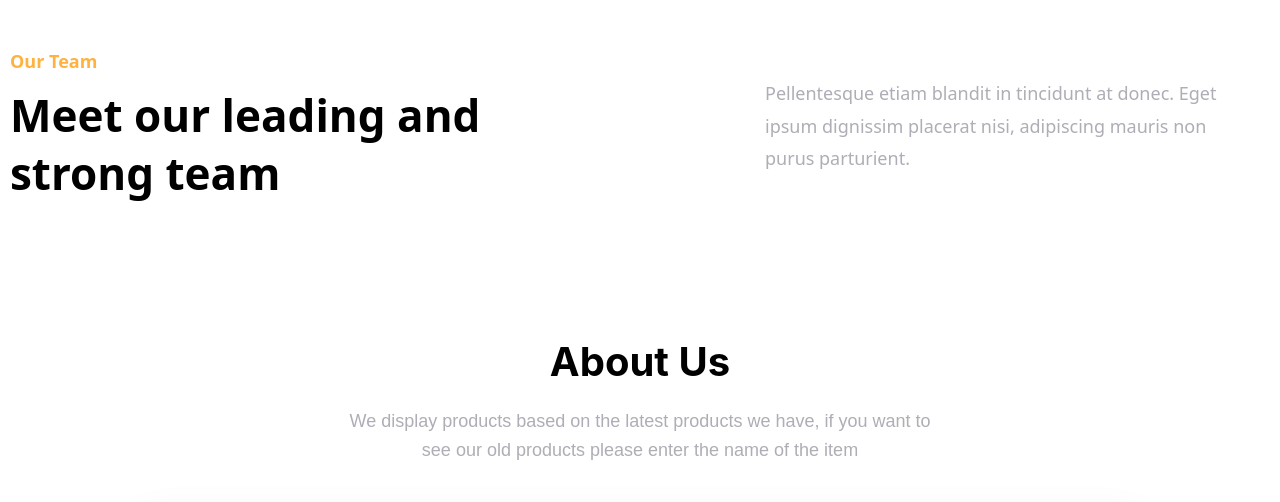
Repository: archis-academy/december-frontend-lalasia-2025
Page: /AboutUs
These files come from the project's save history. The page is drawn as it stood at one moment and after the next save; the edit follows.
The browser window is 1280 px wide. The pictures show the part of the page from y = 0 to 502 px (the page is 1587 px tall).
Pictures or frames that could not be fetched are drawn as grey boxes. The page's requests for data from a server got no answer. Some web fonts or font styles are not loaded; a fallback is used. The project was rebuilt for these pictures with package versions that can differ from the ones it lists, and the page was loaded fresh each time. No one was signed in, and anything a server would have sent is missing. Also part of the build but not shown: vite.config.ts, src/components/welcome/benefits.scss, src/components/welcome/benefitsd.tsx, src/components/Article/Article.module.scss, src/components/Article/ArticleCard.module.scss, src/components/CustomButton/CustomButton.tsx, src/components/Arrow/Arrow.tsx, src/components/Article/ArticleCard.tsx and 19 more.

Above is the page before, as saved 2026-02-04 20:46:57.

### index.html
<!doctype html>
<html lang="en">
  <head>
    <meta charset="UTF-8" />
    <meta name="viewport" content="width=device-width, initial-scale=1.0" />
    <title>Lalasia</title>
    <meta name="description" content="React at Archis" />

    <!-- favicons -->
    <link rel="icon" href="/archis-logo.svg" />


    <!-- Fonts  -->
     <link rel="stylesheet" href="https://stijndv.com/fonts/Eudoxus-Sans.css">
    <!-- Open Graph Meta Tags -->
    <!-- Twitter Meta Tags -->
  </head>
  <body>
    <div id="root"></div>
    <script type="module" src="/src/main.tsx"></script>
  </body>
</html>

### src/main.tsx
import { StrictMode } from "react";
import { createRoot } from "react-dom/client";
import { BrowserRouter, Route, Routes } from "react-router";
import Home from "@pages/home/home";
import "./styles/_reset.scss";
import "@src/main.scss";
import AboutUs from "./pages/AboutUs/AboutUs";
import Article from "./pages/Article/Article";
import Error from "./pages/Error/Error";
import Login from "./pages/Login/Login";
import Products from "./pages/Product/Products";
import ProductDetail from "./pages/ProductDetails/ProductDetail";
import Services from "./pages/Services/Services";
import SignUp from "./pages/SignUp/SignUp";
import MainLayout from "./layouts/MainLayout/MainLayout";
import ArticleDetail from "./pages/ArticleDetail/ArticleDetail";
import AuthLayout from "./layouts/AuthLayout/AuthLayout";



createRoot(document.getElementById("root")!).render(
  <StrictMode>
    <BrowserRouter>
      <Routes>

        {/* MainLayout begin */}
        <Route path="/" element={<MainLayout />}>

          <Route index element={<Home />} />
          <Route path="products" element={<Products />} />
          <Route path="products/:id" element={<ProductDetail />} />
          <Route path="services" element={<Services />} />
          <Route path="articles" element={<Article />} />
          <Route path="articles/:id" element={<ArticleDetail />} />
          <Route path="/AboutUs" element={<AboutUs />} />


        </Route>
        {/* MainLayout end */}

        {/* AuthLayout begin */}
        <Route path="/auth" element={<AuthLayout />}>

          <Route index path="login" element={<Login />} />
          <Route path="signup" element={<SignUp />} />

        </Route>
        {/* Authlayout end */}

        {/* 404 Not Found */}
        <Route path="/*" element={<Error />} />
      </Routes>
    </BrowserRouter>
  </StrictMode>,
);

### src/styles/_reset.scss
@use './variables' as *;

*,
*::before,
*::after {
  margin: 0;
  padding: 0;
  box-sizing: border-box;
}

@media (prefers-reduced-motion: no-preference) {
  html {
    interpolate-size: allow-keywords;
  }
}

body {
  line-height: 1.5;
  font-family: $font-primary, sans-serif;
  -webkit-font-smoothing: antialiased;
}

img,
picture,
video,
canvas,
svg {
  display: block;
  max-width: 100%;
}

input,
button,
textarea,
select {
  font: inherit;
}

p,
h1,
h2,
h3,
h4,
h5,
h6 {
  overflow-wrap: break-word;
}

p {
  text-wrap: pretty;
}

#root,
#__next {
  isolation: isolate;
}

### src/main.scss
@use './styles/index' as *;

### src/pages/AboutUs/AboutUs.tsx
import HeroSection from "@/components/HeroSection/HeroSection";
import TeamSection from "@/components/TeamSection/TeamSection";

const AboutUs = () => {
  return (
    <div>
      <TeamSection />
      <HeroSection/>
    </div>
  );
};

export default AboutUs;

### src/layouts/MainLayout/MainLayout.tsx
import { Outlet } from "react-router";
import styles from "./MainLayout.module.scss";
import Footer from "@/components/Footer/Footer";

export default function MainLayout() {
  return (
    <div className={styles.mainlayout}>
      <main><Outlet /></main>
      <Footer />
    </div>
  )
}

### src/components/Footer/Footer.tsx
import React from 'react';
import './Footer.scss';

const Footer: React.FC = () => {
  const handleNavigation = () => {
    window.open('https://www.google.com', '_blank');
  };

  return (
    <footer className="footer-wrapper">
      <div className="footer-container">


        <div className="footer-cta">
          <h2 className="cta-text">Join with me to get special discount</h2>
          <button
            className="cta-btn"
            onClick={handleNavigation}
            type="button"
          >
            Learn More <span className="arrow">→</span>
          </button>
        </div>

        <hr className="footer-line" />


        <div className="footer-main">


          <div className="footer-brand">
            <div className="brand-logo">
              <img
                src="/icons/Frame.svg"
                alt="Lalasia Logo"
                className="logo-img"
              />
              <span className="logo-text">Lalasia</span>
            </div>
            <p className="brand-desc">
              Lalasia is digital agency that help you make better experience iaculis cras in.
            </p>
          </div>


          <div className="footer-links-group">
            <div className="link-col">
              <h4>Product</h4>
              <a href="#new">New Arrivals</a>
              <a href="#best">Best Selling</a>
              <a href="#home">Home Decor</a>
              <a href="#kitchen">Kitchen Set</a>
            </div>
            <div className="link-col">
              <h4>Services</h4>
              <a href="#catalog">Catalog</a>
              <a href="#blog">Blog</a>
              <a href="#faq">FaQ</a>
              <a href="#pricing">Pricing</a>
            </div>
            <div className="link-col">
              <h4>Follow Us</h4>
              <a href="#fb">Facebook</a>
              <a href="#ig">Instagram</a>
              <a href="#tw">Twitter</a>
            </div>
          </div>
        </div>

      </div>
    </footer>
  );
};

export default Footer;

### src/styles/_variables.scss
@use "@styles/_functions.scss" as *;

/*
 * Colors
 */
$white: #ffffff;
$black: #000000;
$paragraph-color: #AFADB5;
$text-color: #151411;
$main-color: #518581;
$secondary-color: #FFB23F;

/*
 * Typography
 */

// Font family
$font-primary: 'Eudoxus Sans', system-ui, -apple-system, sans-serif;

// Base font size
$font-base: pxToRem(16);

// Font weights
$fw-regular: 400;
$fw-medium: 500;
$fw-bold: 700;

/* Headings / H1 - Bold - 64 */
$h1-size: pxToRem(64);
$h1-weight: $fw-bold;
$h1-line-height: 1.1;

/* Headings / H3+ - Bold - 26 */
$h3plus-size: pxToRem(26);
$h3plus-weight: $fw-bold;
$h3plus-line-height: 1.3;

/* Heading / H5 - Bold - 18 */
$h5-size: pxToRem(18);
$h5-weight: $fw-bold;
$h5-line-height: 1.4;

/* Paragraph / P3 - Medium - 18 */
$p3-size: pxToRem(18);
$p3-weight: $fw-medium;
$p3-line-height: 1.6;

/*
 * Breakpoints
 */
$desktop-xxl: pxToRem(1920);
$desktop-xl: pxToRem(1600);
$desktop-l: pxToRem(1440);
$desktop-m: pxToRem(1200);
$desktop-s: pxToRem(1024);
$tablet-l: pxToRem(992);
$tablet-m: pxToRem(768);
$tablet-s: pxToRem(640);
$mobile-l: pxToRem(576);
$mobile-m: pxToRem(480);
$mobile-s: pxToRem(320);


/* container max width */
$container-max-width: 1240px;

### src/styles/_functions.scss
@use "sass:math";

@function pxToRem($size) {
  @return #{math.div($size, 16)}rem;
}

### src/styles/index.scss
@forward './variables';
@forward './mixins';
@forward './functions';
@forward './reset';

### src/styles/_mixins.scss
@mixin max($screen) {
  @media screen and (max-width: $screen) {
    @content;
  }
}

@mixin min($screen) {
  @media screen and (min-width: $screen) {
    @content;
  }
}



/* Headings */

// @mixin h1 {
//   font-family: $font-primary;
//   font-size: $h1-size;
//   font-weight: $h1-weight;
//   line-height: $h1-line-height;
// }

// @mixin h3plus {
//   font-family: $font-primary;
//   font-size: $h3plus-size;
//   font-weight: $h3plus-weight;
//   line-height: $h3plus-line-height;
// }

// @mixin h5 {
//   font-family: $font-primary;
//   font-size: $h5-size;
//   font-weight: $h5-weight;
//   line-height: $h5-line-height;
// }

// /* Paragraphs */

// @mixin p3 {
//   font-family: $font-primary;
//   font-size: $p3-size;
//   font-weight: $p3-weight;
//   line-height: $p3-line-height;
// }

### src/components/HeroSection/HeroSection.tsx
import React, { useState } from 'react';
import './HeroSection.scss';

const AboutSection: React.FC = () => {
  const [isPlaying, setIsPlaying] = useState<boolean>(false);

  const toggleVideo = () => {
    setIsPlaying(!isPlaying);
  };

  return (
    <section className="about-section">
      <div className="container">
        <header className="about-header">
          <h2 className="title">About Us</h2>
          <p className="description">
            We display products based on the latest products we have, if you want
            to see our old products please enter the name of the item
          </p>
        </header>

        <div className="video-wrapper">
          <div className="video-container">
            {/* Arka plan görseli veya Video elementi buraya gelecek */}
            <img
              src="https://images.unsplash.com/photo-1522202176988-66273c2fd55f?auto=format&fit=crop&w=1200&q=80"
              alt="Team working"
              className="video-poster"
            />

            <button className={`play-button ${isPlaying ? 'playing' : ''}`} onClick={toggleVideo}>
              <div className="play-icon"></div>
            </button>

            <div className="video-controls">
              <span className="time">01:40</span>
              <div className="progress-bar">
                <div className="progress-filled" style={{ width: '40%' }}></div>
              </div>
              <span className="time">03:52</span>
            </div>
          </div>
        </div>
      </div>
    </section>
  );
};

export default AboutSection;

### src/components/TeamSection/TeamSection.tsx
import { useData } from "@/hooks/useData";
import style from "./TeamSection.module.scss";
import type { Product, Team } from "@/types/types";

const TeamSection = () => {
  const { data, isLoading, error } = useData<Team[]>({ endpoint: "team" });
  if (isLoading) {
  }
  if (error) {
  }
  return (
    <div className={style.teamSection}>
      <div className={style.teamSection__header}>
        <div className={style.teamSection__header__title}>
          <p className={style.teamSection__header__title__text}>Our Team</p>
          <h1 className={style.teamSection__header__title__h1}>
            Meet our leading and strong team
          </h1>
        </div>
        <div className={style.teamSection__header__desc}>
          <p className={style.teamSection__header__desc__p}>
            Pellentesque etiam blandit in tincidunt at donec. Eget ipsum
            dignissim placerat nisi, adipiscing mauris non purus parturient.
          </p>
        </div>
      </div>
      <div className={style.teamSection__members}>
        <div className={style.teamSection__members__list}>
          {data?.map((x) => (
            <div
              className={style.teamSection__members__list__member}
              key={x.id}
            >
              <img
                className={style.teamSection__members__list__img}
                src={x.image}
                alt=""
              />
              <div className={style.teamSection__members__list__info}>
                <h3 className={style.teamSection__members__list__name}>
                  {x.fullName}
                </h3>
                <p className={style.teamSection__members__list__job}>{x.job}</p>
              </div>
            </div>
          ))}
        </div>
      </div>
    </div>
  );
};

export default TeamSection;

### src/hooks/useData.ts
import { fetcher } from "@/utils/helpers";
import useSWR from "swr";

type useDataProps = {
  endpoint: string;
}

type useDataReturn<T> = {
  data: T | null;
  isLoading: boolean;
  error: string | null;
}


export const useData = <T>({ endpoint }: useDataProps): useDataReturn<T> => {

  const { data, isLoading, error } = useSWR(endpoint, fetcher);

  return { data: data, isLoading: isLoading, error: error };
}

### src/layouts/MainLayout/MainLayout.module.scss
.mainlayout {
    max-width: 1440px;
    width: 100%;
    margin: 0 auto;
    display: flex;
    flex-direction: column;
    // overflow: auto;

    header {
        width: 100%;
        height: 120px;
    }

    main {
        flex: 1;
        width: 100%;
    }

    footer {
        width: 100%;
        height: 290px;
    }
}

### src/components/Footer/Footer.scss

@use "@styles/_variables.scss" as *;

.footer-wrapper {
  width: 100%;
  padding: 80px 0;
  background: #fff;
  display: flex;
  justify-content: center;

  .footer-container {
    width: 90%;
    max-width: 1100px;

    .footer-cta {
      display: flex;
      justify-content: space-between;
      align-items: center;
      margin-bottom: 40px;

      .cta-text {
        font-size: 44px;
        font-family: sans-serif;
        font-weight: 700;
        color: $black;
        margin: 0;
        flex: 1;
      }

      .cta-btn {
        flex-shrink: 0;
        background: $main-color;
        color: #fff;
        border: none;
        padding: 16px 32px;
        font-size: 16px;
        font-weight: 500;
        cursor: pointer;
        display: flex;
        align-items: center;
        gap: 12px;
        transition: transform 0.2s, background 0.2s;

        &:hover {
          background: $main-color;
        }

        &:active {
          transform: scale(0.95);
        }
      }
    }

    .footer-line {
      border: 0;
      border-top: 1px solid #EAEAEA;
      margin-bottom: 50px;
    }

    .footer-main {
      display: flex;
      justify-content: space-between;

      .footer-brand {
        max-width: 300px;

        .brand-logo {
          display: flex;
          align-items: center;
          gap: 12px;
          margin-bottom: 20px;

          .logo-img {
            height: 28px;
            width: auto;
            object-fit: contain;
          }

          .logo-text {
            font-size: 24px;
            font-weight: 700;
            color: $black;
            font-family: sans-serif;
          }
        }

        .brand-desc {
          color: $black;
          line-height: 1.7;
          font-size: 15px;
        }
      }

      .footer-links-group {
        display: flex;
        gap: 60px;

        .link-col {
          h4 {
            font-size: 20px;
            font-weight: 700;
            margin-bottom: 20px;
            color: $black;
            font-family: sans-serif;
          }
          a {
            display: block;
            text-decoration: none;
            color: $black;
            font-family: sans-serif;
            margin-bottom: 12px;
            font-weight: 500;
            font-size: 18px;
            &:hover { color: $main-color; }
          }
        }
      }
    }
  }
}
@media (max-width: 1024px) {
  .footer-wrapper .footer-container {
    .footer-main {
      .footer-links-group {
        gap: 40px;
      }
    }
  }
}


@media (max-width: 768px) {
  .footer-wrapper {
    padding: 40px 0;

    .footer-container {
      .footer-cta {
        flex-direction: column;
        align-items: flex-start;
        text-align: left;

        .cta-text { font-size: 28px; }

      }

      .footer-line { margin-bottom: 40px; }

      .footer-main {
        flex-direction: column;
        gap: 40px;

        .footer-brand { max-width: 100%; }

        .footer-links-group {
          justify-content: flex-start;
          flex-wrap: wrap;
          gap: 30px;

          .link-col {
            min-width: 140px;
          }
        }
      }
    }
  }
}


@media (max-width: 480px) {
  .footer-wrapper .footer-container .footer-main .footer-links-group {
    display: grid;
    grid-template-columns: 1fr 1fr;
    gap: 20px;
  }
}

### src/components/HeroSection/HeroSection.scss

@use "/src/styles/variables" as *;

.about-section {
  padding: 80px 20px;
  font-family: 'Inter', sans-serif;
  text-align: center;

  .container {
    max-width: 1000px;
    margin: 0 auto;
  }

  .about-header {
    margin-bottom: 50px;

    .title {
      font-size: 2.5rem;
      font-weight: 700;
      color: black;
      margin-bottom: 15px;
    }

    .description {
        font-family: sans-serif;
      font-size: 18px;
      font-weight: 500;
    color: $paragraph-color;
      max-width: 600px;
      margin: 0 auto;
      line-height: 1.6;
    }
  }

  .video-wrapper {
    position: relative;
    border-radius: 12px;
    overflow: hidden;
    box-shadow: 0 20px 40px rgba(0,0,0,0.1);

    .video-container {
      position: relative;
      aspect-ratio: 16 / 9; // Modern responsive oran
      background: #000;
      display: flex;
      align-items: center;
      justify-content: center;

      .video-poster {
        width: 100%;
        height: 100%;
        object-fit: cover;
        opacity: 0.8;
      }

      .play-button {
        position: absolute;
        width: 70px;
        height: 70px;
        background: rgba(0, 0, 0, 0.5);
        border: none;
        border-radius: 50%;
        cursor: pointer;
        display: flex;
        align-items: center;
        justify-content: center;
        transition: transform 0.3s ease;
        z-index: 2;

        &:hover {
          transform: scale(1.1);
          background: rgba(0, 0, 0, 0.7);
        }

        .play-icon {
          width: 0;
          height: 0;
          border-top: 10px solid transparent;
          border-bottom: 10px solid transparent;
          border-left: 15px solid white;
          margin-left: 5px;
        }
      }

      .video-controls {
        position: absolute;
        bottom: 0;
        left: 0;
        right: 0;
        padding: 30px;
        background: linear-gradient(transparent, rgba(0,0,0,0.7));
        display: flex;
        align-items: center;
        gap: 15px;
        color: white;
        font-size: 0.9rem;

        .progress-bar {
          flex-grow: 1;
          height: 4px;
          background: red;
          border-radius: 2px;
          position: relative;

          .progress-filled {
            height: 100%;
            background: green;
            border-radius: 2px;
          }
        }
      }
    }
  }
}

// Responsive Ayarlar
@media (max-width: 768px) {
  .about-section {
    padding: 40px 15px;

    .about-header {
      .title { font-size: 1.8rem; }
      .description { font-size: 0.9rem; }
    }

    .video-controls {
      padding: 15px !important;
      font-size: 0.75rem !important;
    }
  }
}

### src/components/TeamSection/TeamSection.module.scss
@use "/src/styles/variables" as *;

.teamSection {
  display: grid;
  gap: 40px;
  padding: 10px;
  .teamSection__header {
    margin-top: 40px;
    display: flex;
    justify-content: space-between;
    align-items: center;
    gap: 30px;

    @media (max-width: 768px) {
      display: grid;
    }
    .teamSection__header__title {
      display: grid;
      gap: 14px;
      max-width: 548px;

      .teamSection__header__title__text {
        color: $secondary-color;
        font-size: 18px;
        font-weight: 700;
        line-height: 130%;
        @media (max-width: 768px) {
          font-size: 14px;
        }
      }
      .teamSection__header__title__h1 {
        font-size: 44px;
        line-height: 130%;
        font-weight: 700;
        @media (max-width: 768px) {
          font-size: 24px;
        }
      }
    }
    .teamSection__header__desc {
      max-width: 505px;
      .teamSection__header__desc__p {
        color: $paragraph-color;
        font-weight: 500;
        font-size: 18px;
        line-height: 180%;
        @media (max-width: 768px) {
          font-size: 14px;
        }
      }
    }
  }
  .teamSection__members__list {
    display: grid;
    grid-template-columns: repeat(3, 1fr);
    gap: 24px;
    @media (max-width: 768px) {
      grid-template-columns: repeat(2, 1fr);
    }
    @media (max-width: 525px) {
      grid-template-columns: repeat(1, 1fr);
    }
    .teamSection__members__list__member {
      display: grid;
      gap: 26px;
      .teamSection__members__list__img {
        height: 360px;
        object-fit: cover;
        width: 100%;
        object-position: center;
      }
      .teamSection__members__list__info {
        display: grid;
        gap: 8px;
        .teamSection__members__list__name {
          font-weight: 700;
          font-size: 26px;
          line-height: 130%;
          color: $text-color;
          @media (max-width: 768px) {
            font-size: 14px;
          }
        }
        .teamSection__members__list__job {
          color: $paragraph-color;
          font-weight: 500;
          font-size: 18px;
          line-height: 180%;
          @media (max-width: 768px) {
            font-size: 12px;
          }
        }
      }
    }
  }
}

### src/utils/helpers.ts
import type { Basket } from "@/types/types";

const baseURL = "https://674895ea5801f515359188c9.mockapi.io/api/lalasia"

export const fetcher = async (endpoint: string) => {
  const response = await fetch(`${baseURL}/${endpoint}`);
  if (!response.ok) {
    throw new Error(`HTTP error! status: ${response.status}`);
  }
  return response.json();
}

// set a value into localstorage
export const setColorStorage = (key: string, value: string): void => {
  if (!localStorage.getItem(key)) {
    localStorage.setItem(key, value);
    return;
  }
  localStorage.setItem(key, value);
}

// add a product into localstorage
export const setBasketStorage = (key: string, value: Basket[]): void => {
  if (!localStorage.getItem(key)) {
    const basket: Basket[] = [];
    localStorage.setItem(key, JSON.stringify(basket));
    return;
  }
  localStorage.setItem(key, JSON.stringify(value));
}

// get all products from inside the basket
export const getBasket = (): [] => {

  const basket = localStorage.getItem('basket');
  return basket !== null ? JSON.parse(basket) : [];

}

After the next save:
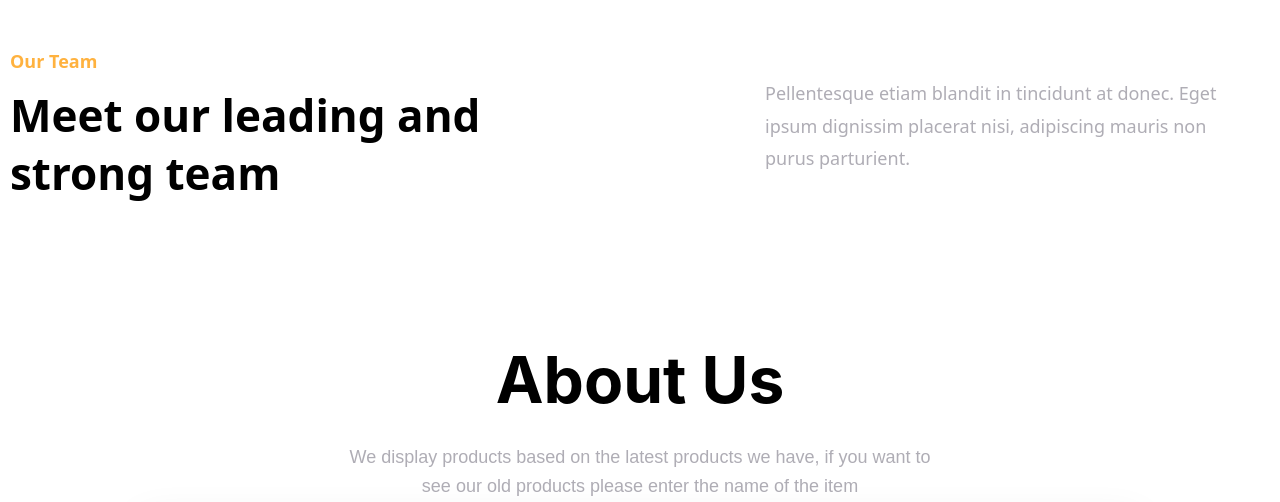
Saved 37 s later.
--- a/src/components/HeroSection/HeroSection.scss
+++ b/src/components/HeroSection/HeroSection.scss
@@ -15,7 +15,7 @@
     margin-bottom: 50px;
 
     .title {
-      font-size: 2.5rem;
+      font-size: 64px;
       font-weight: 700;
       color: black;
       margin-bottom: 15px;
